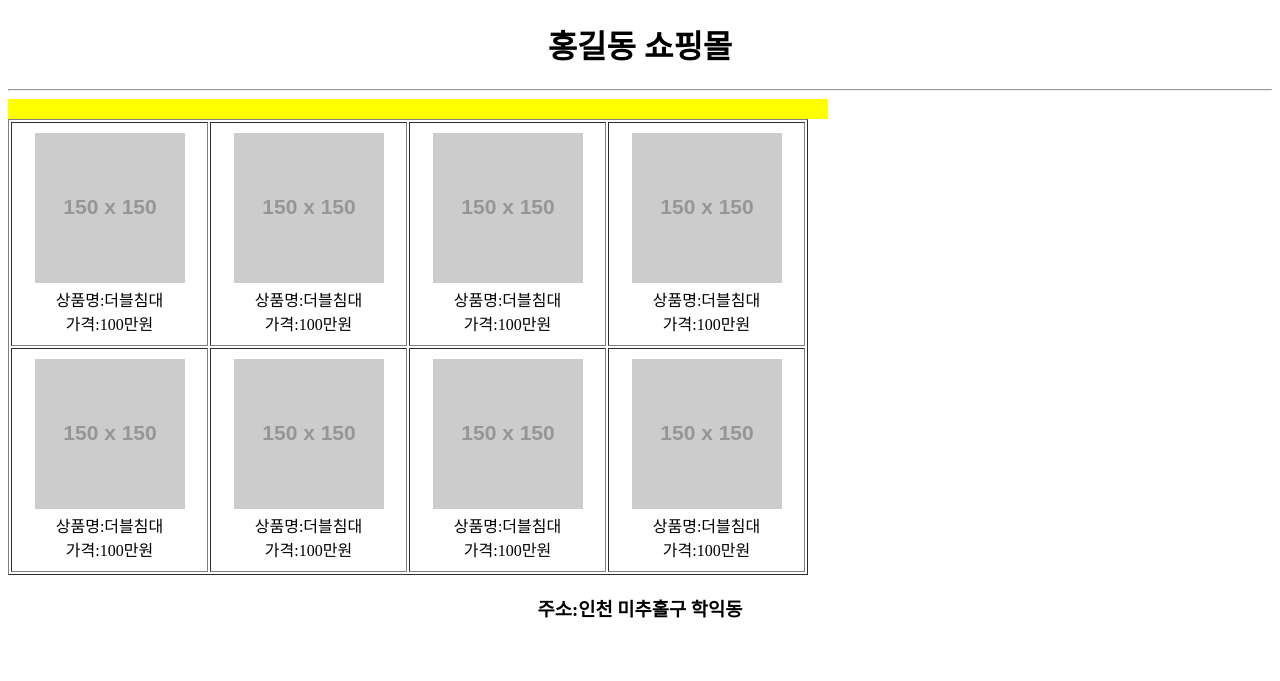
Repository: blinggg/html_git
Page: 0406/ex0406/WebContent/ex07.html
These files come from the project's save history. The page is drawn as it stood at one moment and after the next save; the edit follows.
The browser window is 1280 px wide. The pictures show the whole page.

Above is the page before, as saved 2020-04-06 07:46:24.

After the next save:
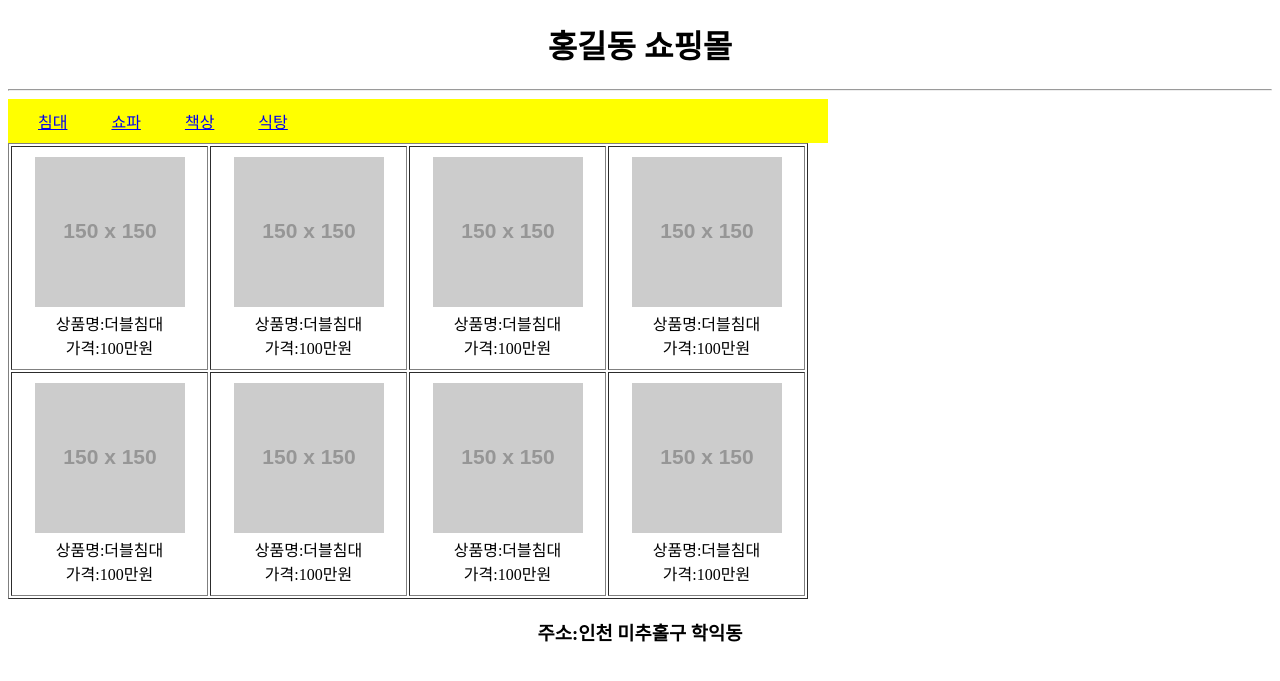
Saved 3 min 1 s later.
--- a/0406/ex0406/WebContent/ex07.html
+++ b/0406/ex0406/WebContent/ex07.html
@@ -21,6 +21,10 @@
 </header>
 
 <nav>
+	<span> <a href="#">침대</a></span>
+	<span> <a href="#">쇼파</a></span>
+	<span> <a href="#">책상</a></span>
+	<span> <a href="#">식탕</a></span>
 </nav>
 
 <section>
